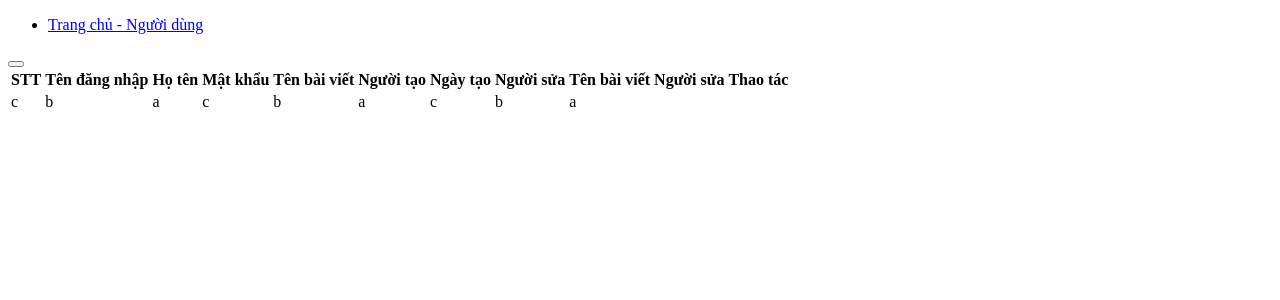
Repository: QuangThuanLion/Project_SpringMVC
Page: http://localhost/springweb-mvc/WEB-INF/views/admin/user/users.jsp
These files come from the project's save history. The page is drawn as it stood at one moment and after the next save; the edit follows.
The browser window is 1280 px wide. The pictures show the whole page.
The page is served by Tomcat 9. Nobody is signed in. Other server files are loaded and not shown. The template is opened directly, without the code that normally fills it, so the values that code supplies are empty.

Above is the page before, as saved 2020-07-05 11:32:46.

### workspace/springweb-mvc/src/main/webapp/WEB-INF/views/admin/user/users.jsp
<%@ page language="java" contentType="text/html; charset=UTF-8"
    pageEncoding="UTF-8"%>
<!DOCTYPE html>
<html>
<head>
<meta charset="UTF-8">
<title>Danh sách- Danh sách người dùng</title>
</head>
<body>

	<div class="main-content">
	<form>
			<div class="main-content-inner">
				<div class="breadcrumbs ace-save-state" id="breadcrumbs">
					<ul class="breadcrumb">
						<li>
							<i class="ace-icon fa fa-home home-icon"></i>
							<a href="#">Trang chủ - Người dùng</a>
						</li>
					</ul><!-- /.breadcrumb -->
				</div>
				<div class="page-content">
					<div class="row">
						<div class="col-xs-12">
							<div class="widget-box table-filter">
									<div class="table-btn-controls">
										<div class="pull-right tableTools-container">
											<div class="dt-buttons btn-overlap btn-group">
												<a flag="info"
												   class="dt-button buttons-colvis btn btn-white btn-primary btn-bold" data-toggle="tooltip"
												   title='Thêm bài viết' href="#">
															<span>
																<i class="fa fa-plus-circle bigger-110 purple"></i>
															</span>
												</a>
												<button id="btnDelete" type="button" onclick="warningBeforeDelete()"
														class="dt-button buttons-html5 btn btn-white btn-primary btn-bold" data-toggle="tooltip" title='Xóa bài viết'>
															<span>
																	<i class="fa fa-trash-o bigger-110 pink"></i>
															</span>
												</button>
											</div>
										</div>
									</div>
								</div>

								<div class="row">
									<div class="col-xs-12">
										<div class="table-responsive">
											<table class="table table-bordered">
												<thead>
													<tr>
														<th>STT</th>
														<th>Tên đăng nhập</th>
														<th>Họ tên </th>
														<th>Mật khẩu</th>																											<th>Tên bài viết</th>
														<th>Người tạo</th>
														<th>Ngày tạo</th>
														<th>Người sửa</th>																												<th>Tên bài viết</th>
														<th>Người sửa</th>
														<th>Thao tác</th>
													</tr>
												</thead>
												<tbody>
														<tr>
															<td>c</td>
															<td>b</td>
															<td>a</td>
															<td>c</td>
															<td>b</td>
															<td>a</td>																													<td>c</td>
															<td>b</td>
															<td>a</td>
															<td>
															<a class="btn btn-sm btn-primary btn-edit" data-toggle="tooltip"
																title="Cập nhật bài viết" href="#">
																<i class="fa fa-pencil-square-o" aria-hidden="true"></i>
															</a>
															</td>
														</tr>

												</tbody>
											</table>
										</div>
									</div>
								</div>
							</div>
						</div>
					</div>
				</div>
			</form>
		</div>
<!-- /.main-content -->

</body>
</html>

After the next save:
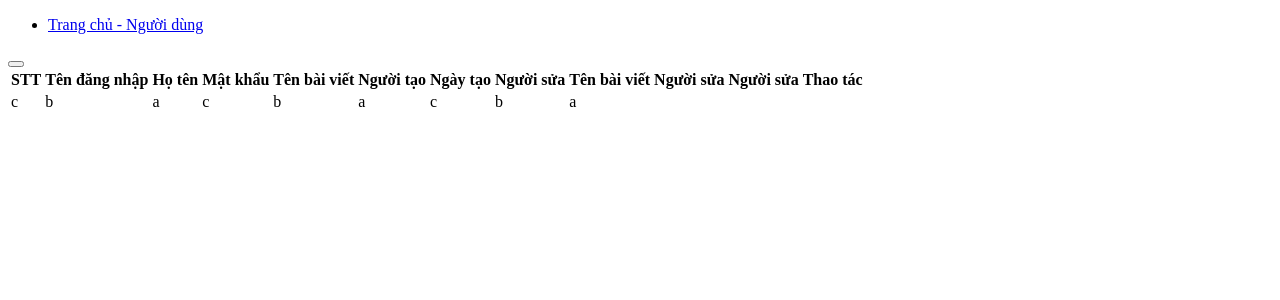
Saved 54 s later.
--- a/workspace/springweb-mvc/src/main/webapp/WEB-INF/views/admin/user/users.jsp
+++ b/workspace/springweb-mvc/src/main/webapp/WEB-INF/views/admin/user/users.jsp
@@ -58,6 +58,7 @@
 														<th>Ngày tạo</th>
 														<th>Người sửa</th>																												<th>Tên bài viết</th>
 														<th>Người sửa</th>
+														<th>Người sửa</th>
 														<th>Thao tác</th>
 													</tr>
 												</thead>
